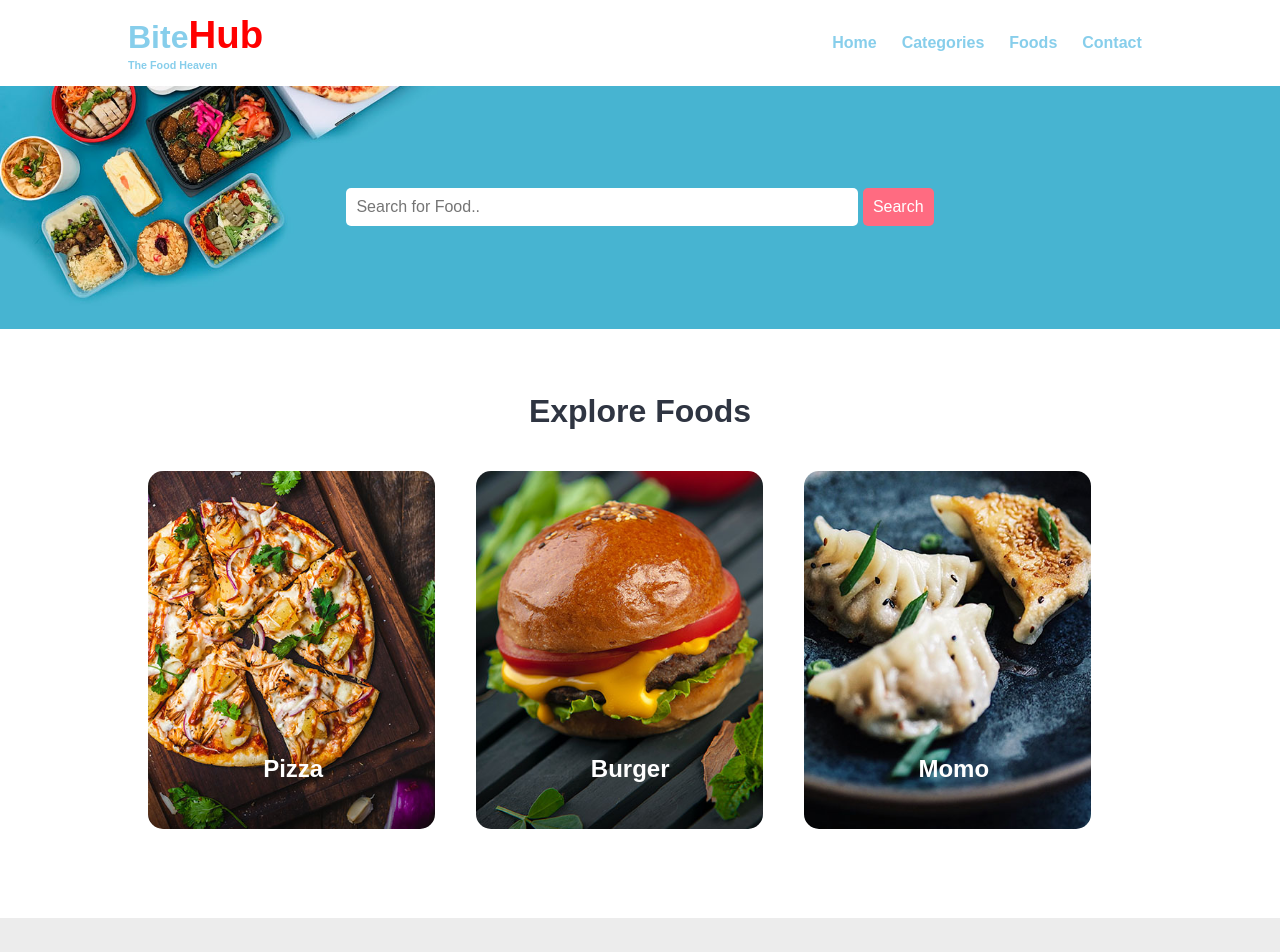
Repository: Saviour-Dagadu/food-order-front
Page: index.html
An editor plug-in stored every save of this project. The page is shown before and after the next save, followed by the edit.
The browser window is 1280 px wide. The pictures show the part of the page from y = 0 to 952 px (the page is 2170 px tall).
A picture or video elsewhere on the page could not be fetched, so the positions and the page height are approximate.

Above is the page before, as saved 2024-05-16 11:32:05.

### index.html
<!DOCTYPE html>
<html lang="en">
<head>
    <meta charset="UTF-8">
    <!-- Important to make website responsive -->
    <meta name="viewport" content="width=device-width, initial-scale=1.0">
    <title>Restaurant Website</title>

    <!-- Link our CSS file -->
    <link rel="stylesheet" href="css/style.css">
</head>

<body>
    <!-- Navbar Section Starts Here -->
    <section class="navbar">
        <div class="container">
            <div class="logo">
                <a href="#" title="Logo">
                    <h2>Bite<span>Hub</span></h2><h6><span>The Food Heaven</span></h6>
                    <!-- <img src="images/logo.png" alt="Restaurant Logo" class="img-responsive"> -->
                </a>
            </div>

            <div class="menu text-right">
                <ul>
                    <li>
                        <a href="index.html">Home</a>
                    </li>
                    <li>
                        <a href="categories.html">Categories</a>
                    </li>
                    <li>
                        <a href="foods.html">Foods</a>
                    </li>
                    <li>
                        <a href="contact.html">Contact</a>
                    </li>
                </ul>
            </div>

            <div class="clearfix"></div>
        </div>
    </section>
    <!-- Navbar Section Ends Here -->

    <!-- fOOD sEARCH Section Starts Here -->
    <section class="food-search text-center">
        <div class="container">

            <form action="underConstruction.html" method="POST">
                <input type="search" name="search" placeholder="Search for Food.." required>
                <input type="submit" name="submit" value="Search" class="btn btn-primary">
            </form>

        </div>
    </section>
    <!-- fOOD sEARCH Section Ends Here -->

    <!-- CAtegories Section Starts Here -->
    <section class="categories">
        <div class="container">
            <h2 class="text-center">Explore Foods</h2>

            <a href="category-foods.html">
            <div class="box-3 float-container">
                <img src="images/pizza.jpg" alt="Pizza" class="img-responsive img-curve">

                <h3 class="float-text text-white">Pizza</h3>
            </div>
            </a>

            <a href="#">
            <div class="box-3 float-container">
                <img src="images/burger.jpg" alt="Burger" class="img-responsive img-curve">

                <h3 class="float-text text-white">Burger</h3>
            </div>
            </a>

            <a href="#">
            <div class="box-3 float-container">
                <img src="images/momo.jpg" alt="Momo" class="img-responsive img-curve">

                <h3 class="float-text text-white">Momo</h3>
            </div>
            </a>

            <div class="clearfix"></div>
        </div>
    </section>
    <!-- Categories Section Ends Here -->

    <!-- fOOD MEnu Section Starts Here -->
    <section class="food-menu">
        <div class="container">
            <h2 class="text-center">Food Menu</h2>

            <div class="food-menu-box">
                <div class="food-menu-img">
                    <img src="images/menu-pizza.jpg" alt="Chicke Hawain Pizza" class="img-responsive img-curve">
                </div>

                <div class="food-menu-desc">
                    <h4>Pizza</h4>
                    <p class="food-price">Ghc 50</p>
                    <p class="food-detail">
                        Made with Italian Sauce, Chicken, and organice vegetables.
                    </p>
                    <br>

                    <a href="order.html" class="btn btn-primary">Order Now</a>
                </div>
            </div>

            <div class="food-menu-box">
                <div class="food-menu-img">
                    <img src="images/menu-burger.jpg" alt="Chicke Hawain Pizza" class="img-responsive img-curve">
                </div>

                <div class="food-menu-desc">
                    <h4>Smoky Burger</h4>
                    <p class="food-price">Ghc 20</p>
                    <p class="food-detail">
                        Made with Italian Sauce, Chicken, and organice vegetables.
                    </p>
                    <br>

                    <a href="order.html" class="btn btn-primary">Order Now</a>
                </div>
            </div>

            <div class="food-menu-box">
                <div class="food-menu-img">
                    <img src="images/menu-burger.jpg" alt="Chicke Hawain Burger" class="img-responsive img-curve">
                </div>

                <div class="food-menu-desc">
                    <h4>Nice Burger</h4>
                    <p class="food-price">Ghc 20</p>
                    <p class="food-detail">
                        Made with Italian Sauce, Chicken, and organize vegetables.
                    </p>
                    <br>

                    <a href="order.html" class="btn btn-primary">Order Now</a>
                </div>
            </div>



            <!-- <div class="food-menu-box">
                <div class="food-menu-img">
                    <img src="images/menu-pizza.jpg" alt="Chicke Hawain Pizza" class="img-responsive img-curve">
                </div>

                <div class="food-menu-desc">
                    <h4>Food Title</h4>
                    <p class="food-price">$2.3</p>
                    <p class="food-detail">
                        Made with Italian Sauce, Chicken, and organice vegetables.
                    </p>
                    <br>

                    <a href="order.html" class="btn btn-primary">Order Now</a>
                </div>
            </div> -->

            <div class="food-menu-box">
                <div class="food-menu-img">
                    <img src="images/menu-momo.jpg" alt="Chicke Hawain Momo" class="img-responsive img-curve">
                </div>

                <div class="food-menu-desc">
                    <h4>Chicken Steam Momo</h4>
                    <p class="food-price">Ghc 50</p>
                    <p class="food-detail">
                        Made with Italian Sauce, Chicken, and organice vegetables.
                    </p>
                    <br>

                    <a href="order.html" class="btn btn-primary">Order Now</a>
                </div>
            </div>


            <div class="clearfix"></div>



        </div>

        <p class="text-center">
            <a href="#">See All Foods</a>
        </p>
    </section>
    <!-- fOOD Menu Section Ends Here -->

    <!-- social Section Starts Here -->
<section class="social">
	<div class="container text-center">
		<ul>
			<li>
				<a href="https://www.facebook.com/saviou/"><img src="https://img.icons8.com/fluent/50/000000/facebook-new.png"/></a>
			</li>
			<li>
				<a href="https://www.instagram.com/saviour_dagadu/"><img src="https://img.icons8.com/fluent/48/000000/instagram-new.png"/></a>
			</li>
			<li>
				<a href="https://twitter.com/savicode"><img src="https://img.icons8.com/fluent/48/000000/twitter.png"/></a>
			</li>
		</ul>
	</div>
</section>
<!-- social Section Ends Here -->

<!-- footer Section Starts Here -->
<section class="footer">
	<div class="container text-center">
		<p>All rights reserved. Designed By <a href="https://saviourdagadu.netlify.app/">@savicode</a></p>
	</div>
</section>
<!-- footer Section Ends Here -->

</body>
</html>

### css/style.css
/*
    Author: Vijay Thapa;
    Theme: Restaurant Food Order;
    version: 1.0;
*/

/* CSS for All */
*{
    margin: 0 0;
    padding: 0 0;
    font-family: Arial, Helvetica, sans-serif;
}
.container{
    width: 80%;
    margin: 0 auto;
    padding: 1%;
}
.img-responsive{
    width: 100%;
}
.img-curve{
    border-radius: 15px;
}

.text-right{
    text-align: right;
}
.text-center{
    text-align: center;
}
.text-left{
    text-align: left;
}
.text-white{
    color: white;
}

.clearfix{
    clear: both;
    float: none;
}

a{
    color: skyblue;
    text-decoration: none;
}
a:hover{
    color: rgb(10, 119, 5);
}

.btn{
    padding: 1%;
    border: none;
    font-size: 1rem;
    border-radius: 5px;
}
.btn-primary{
    background-color: #ff6b81;
    color: white;
    cursor: pointer;
}
.btn-primary:hover{
    color: white;
    background-color: #ff4757;
}
h2{
    color: #2f3542;
    font-size: 2rem;
    margin-bottom: 2%;
}
h3{
    font-size: 1.5rem;
}
.float-container{
    position: relative;
}
.float-text{
    position: absolute;
    bottom: 50px;
    left: 40%;
}
fieldset{
    border: 1px solid white;
    margin: 5%;
    padding: 3%;
    border-radius: 5px;
}


/* CSSS for navbar section */

.logo{
    width: 10%;
    float: left;
}
.logo h2{
    color: skyblue;
}
.logo h2:hover{
    color: red;
    font-style: italic;
}
.logo h2 span{
    color: red;
    font-size: larger;
    font-weight:bolder;
}
.menu{
    line-height: 60px;
}
.menu ul{
    list-style-type: none;
}

.menu ul li{
    display: inline;
    padding: 1%;
    font-weight: bold;
}


/* CSS for Food SEarch Section */

.food-search{
    background-image: url(../images/bg.jpg);
    background-size: cover;
    background-repeat: no-repeat;
    background-position: center;
    padding: 7% 0;
}

.food-search input[type="search"]{
    width: 50%;
    padding: 1%;
    font-size: 1rem;
    border: none;
    border-radius: 5px;
}


/* CSS for Categories */
.categories{
    padding: 4% 0;
}

.box-3{
    width: 28%;
    float: left;
    margin: 2%;
}


/* CSS for Food Menu */
.food-menu{
    background-color: #ececec;
    padding: 4% 0;
}
.food-menu-box{
    width: 43%;
    margin: 1%;
    padding: 2%;
    float: left;
    background-color: white;
    border-radius: 15px;
}

.food-menu-img{
    width: 20%;
    float: left;
}

.food-menu-desc{
    width: 70%;
    float: left;
    margin-left: 8%;
}

.food-price{
    font-size: 1.2rem;
    margin: 2% 0;
}
.food-detail{
    font-size: 1rem;
    color: #747d8c;
}


/* CSS for Social */
.social ul{
    list-style-type: none;
}
.social ul li{
    display: inline;
    padding: 1%;
}

/* for Order Section */
.order{
    width: 50%;
    margin: 0 auto;
}
.input-responsive{
    width: 96%;
    padding: 1%;
    margin-bottom: 3%;
    border: none;
    border-radius: 5px;
    font-size: 1rem;
}
.order-label{
    margin-bottom: 1%;
    font-weight: bold;
}

/* Contact Section*/

#info{
    padding: 30px 0;
}

#info .container{
     display: flex;
}

#info .info{
    width: 28%;
    height: 300px;
    border-radius: 10px;
    overflow: hidden;

}

#info .info-text{
    border: 1px solid lightgray;
    padding: 10px;
}

#info .info-text h4{
    margin: 5px;
}

#info .info-text .info-text-call{
    margin-bottom: 20px;
}

#info .info-image{
margin-right: 10px;
overflow: hidden;
box-shadow: 0 0 5px #333;
transform: scale (1.04);
transition: all .4s ease-in-out;
}

#info .info-image:hover{
transform: translateY(-15px) scale(1.1);
box-shadow: 0 0 10px #333;
}
#info .info-image img{
max-width: 100%;
height: auto
}

#info .info-image:hover .info-image img{
opacity: 1;
}

       /* message Section */
#message{
    padding: 30px 0;
    background-color: lightgray;
}

#message .message-top{
    text-align: center;
    margin-bottom: 20px;
}

#message .message-top h3{
    text-transform: uppercase;
    margin: 0;
}

#message .message-top h3::after{
    content: "";
    display: block;
    width: 50px;
    height: 3px;
    background-color: gray;
    margin: 10px auto 0;
}

#message .message-bottom{
    color: black;
}

#message .message-bottom label{
    display: block;
    font-size: 17px;
    font-weight: 500;
    margin-bottom: 5px;
}

#message .message-bottom .form-group{
    margin-bottom: 10px;
}

#message .message-bottom .input{
    display: block;
    height: 40px;
    border-radius: 5px;
    border: 1px solid brown;
    padding-left: 10px;
    padding-right: 10px;
    width: 100%;
    font-size: 15px;
    font-family: 'Segoe UI', Tahoma, Geneva, Verdana, Sans-serif;
}

#message .message-bottom input,
#message .message-bottom textarea,
#message .message-bottom button{
    outline: none;
}

#message  textarea{
    width: 100%;
    height: 200px;
    border-radius: 5px;
    border: 1px solid brown;
    background-color: white;
    padding: 5px 10px;
    font: 15px 'Segoe UI', Tahoma, Geneva, Verdana, Sans-serif;
}

#message .message-bottom .btn{
    padding: 10px 20px;
    background-color: brown;
    text-transform: uppercase;
    font: 15px 'Segoe UI', Tahoma, Geneva, Verdana, Sans-serif;
    border: none;
    border-radius: 5px;
    font-weight: 500;
    color: #fff;
    cursor: pointer;
}


/* CSS for Mobile Size or Smaller Screen */

@media only screen and (max-width:768px){
    .logo{
        width: 80%;
        float: none;
        margin: 1% auto;
    }

    .menu ul{
        text-align: center;
    }

    .food-search input[type="search"]{
        width: 90%;
        padding: 2%;
        margin-bottom: 3%;
    }

    .btn{
        width: 91%;
        padding: 2%;
    }

    .food-search{
        padding: 10% 0;
    }

    .categories{
        padding: 20% 0;
    }
    h2{
        margin-bottom: 10%;
    }
    .box-3{
        width: 100%;
        margin: 4% auto;
    }

    .food-menu{
        padding: 20% 0;
    }

    .food-menu-box{
        width: 90%;
        padding: 5%;
        margin-bottom: 5%;
    }
    .social{
        padding: 5% 0;
    }
    .order{
        width: 100%;
    }
}

After the next save:
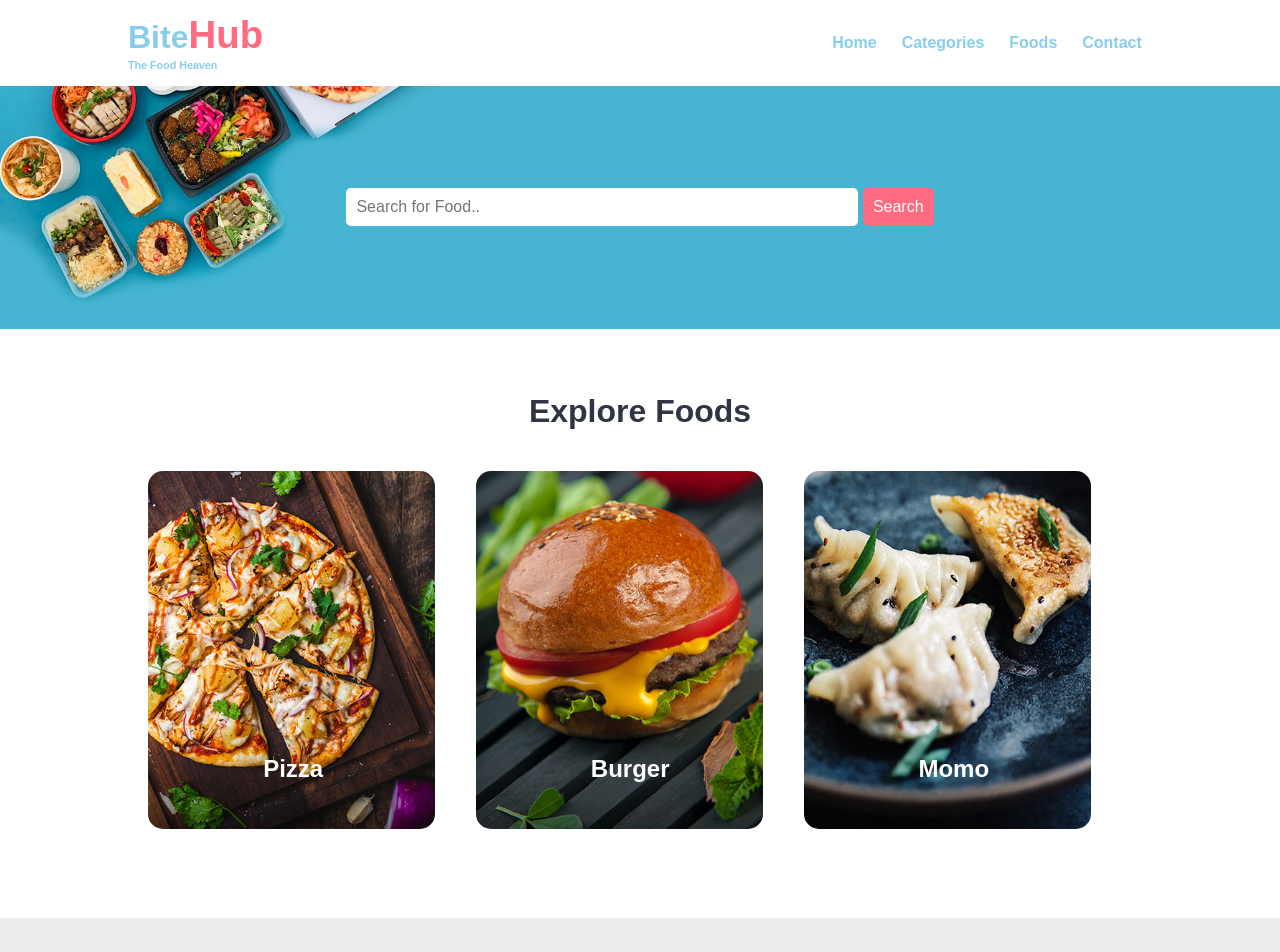
Saved 35 s later.
--- a/css/style.css
+++ b/css/style.css
@@ -45,7 +45,7 @@ a{
     text-decoration: none;
 }
 a:hover{
-    color: rgb(10, 119, 5);
+    color: #ff6b81;
 }
 
 .btn{
@@ -97,11 +97,11 @@ fieldset{
     color: skyblue;
 }
 .logo h2:hover{
-    color: red;
+    color: #ff6b81;
     font-style: italic;
 }
 .logo h2 span{
-    color: red;
+    color: #ff6b81;
     font-size: larger;
     font-weight:bolder;
 }
